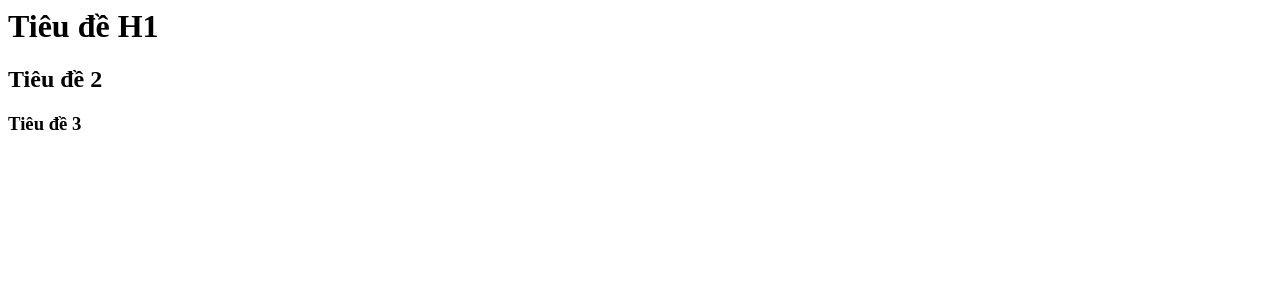
Repository: quangkhoi1228/quangkhoi1228-guide
Page: frontend-can-ban/index.html
An editor plug-in stored every save of this project. The page is shown before and after a run of saves, followed by the edit.
The browser window is 1280 px wide. The pictures show the whole page.

Above is the page before, as saved 2022-05-11 23:28:16.

After the next 2 saves:
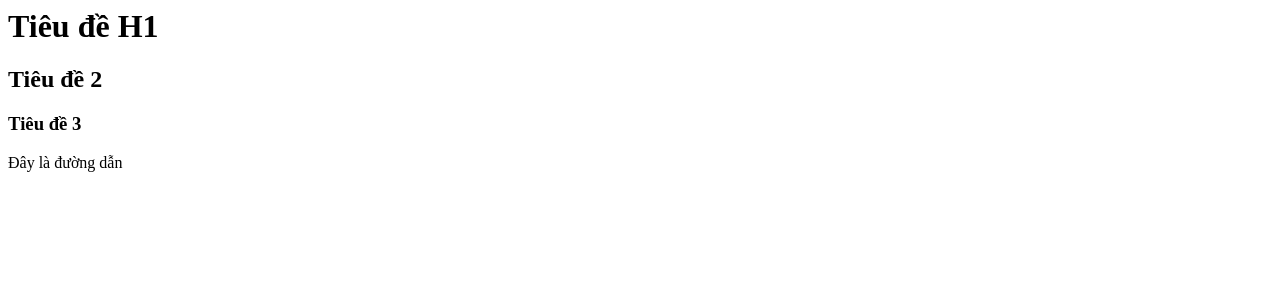
The 2 saves are shown as one change because they came seconds apart.
The last was saved 7 s later.
--- a/frontend-can-ban/index.html
+++ b/frontend-can-ban/index.html
@@ -4,3 +4,6 @@
 
 
 <h3>Tiêu đề 3</h3>
+
+
+<a>Đây là đường dẫn</a>
